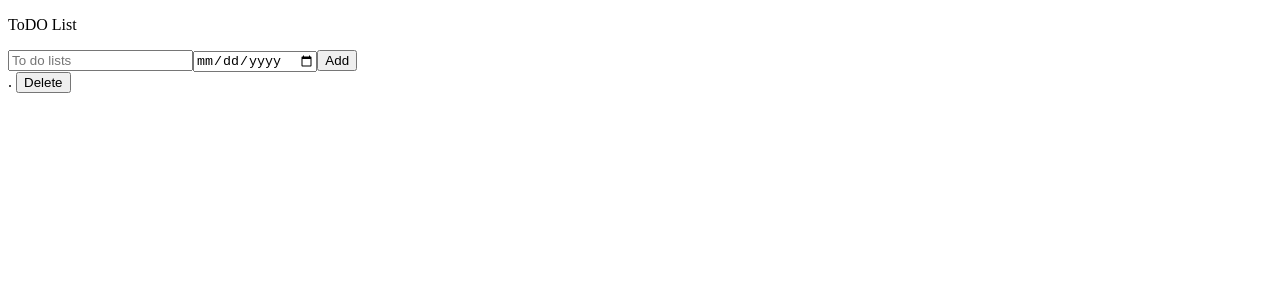
Repository: pgyunknown/ToDo-List
Page: index.html
The author's editor kept a copy of each file at every save. The page is drawn from the files as they stood at one save, then again after the next save.
The browser window is 1280 px wide. The pictures show the whole page.

Above is the page before, as saved 2024-08-29 19:36:46.

### index.html
<!DOCTYPE html>
<html lang="en">
<head>
  <meta charset="UTF-8">
  <meta name="viewport" content="width=device-width, initial-scale=1.0">
  <title>Document</title>
</head>
<body>
  <div class="grid-body">
  <p>ToDO List</p>
  <input placeholder="To do lists" class="js-name-input"><input type="date" class="js-date-b"><button onclick="addWork();">Add</button><br>

  <div class="js-todo-list">text</div>

  </div>

  <script src="index.js"></script>
</body>
</html>

### index.js
const todoList=[{
  name:'',duedate:''
}
];

eventList();
function eventList(){
  let todoListHTML=' ';
  for(i=0;i<todoList.length;i++){
    const todoObj=todoList[i];
    const {name}=todoObj;
    const {duedate}=todoObj;
    const html=`
    .
    ${duedate}
    <button onclick="todoList.splice(${i},1);
    eventList();">Delete</button>
    `;
    todoListHTML+=html;
}
console.log(todoListHTML) ;
document.querySelector('.js-todo-list').innerHTML=todoListHTML;
}
function addWork(){
  const inputElement=document.querySelector('.js-name-input');
  const name=inputElement.value;

  const dateinputElement=document.querySelector('.js-date-b');
  const duedate=dateinputElement.value;

  todoList.push({
    name:name,
    duedate:duedate
  });

  inputElement.value='';
  // console.log(todoList);
  eventList();
}

After the next save:
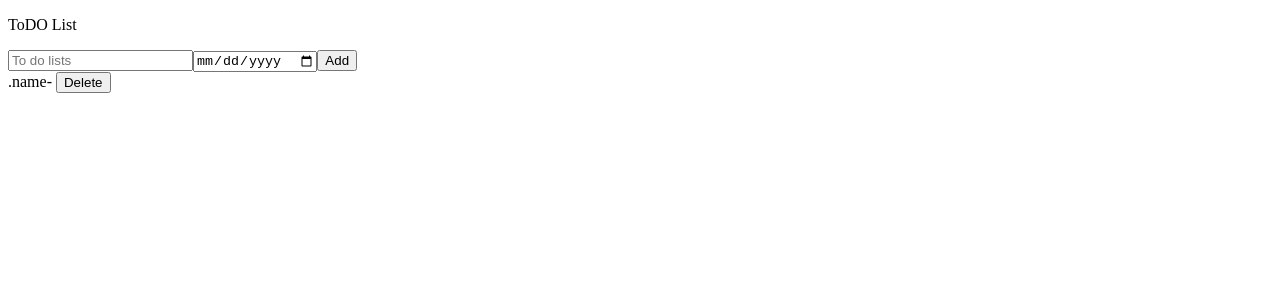
Saved 5 s later.
--- a/index.js
+++ b/index.js
@@ -11,7 +11,7 @@ function eventList(){
     const {name}=todoObj;
     const {duedate}=todoObj;
     const html=`
-    .
+    .name-
     ${duedate}
     <button onclick="todoList.splice(${i},1);
     eventList();">Delete</button>
